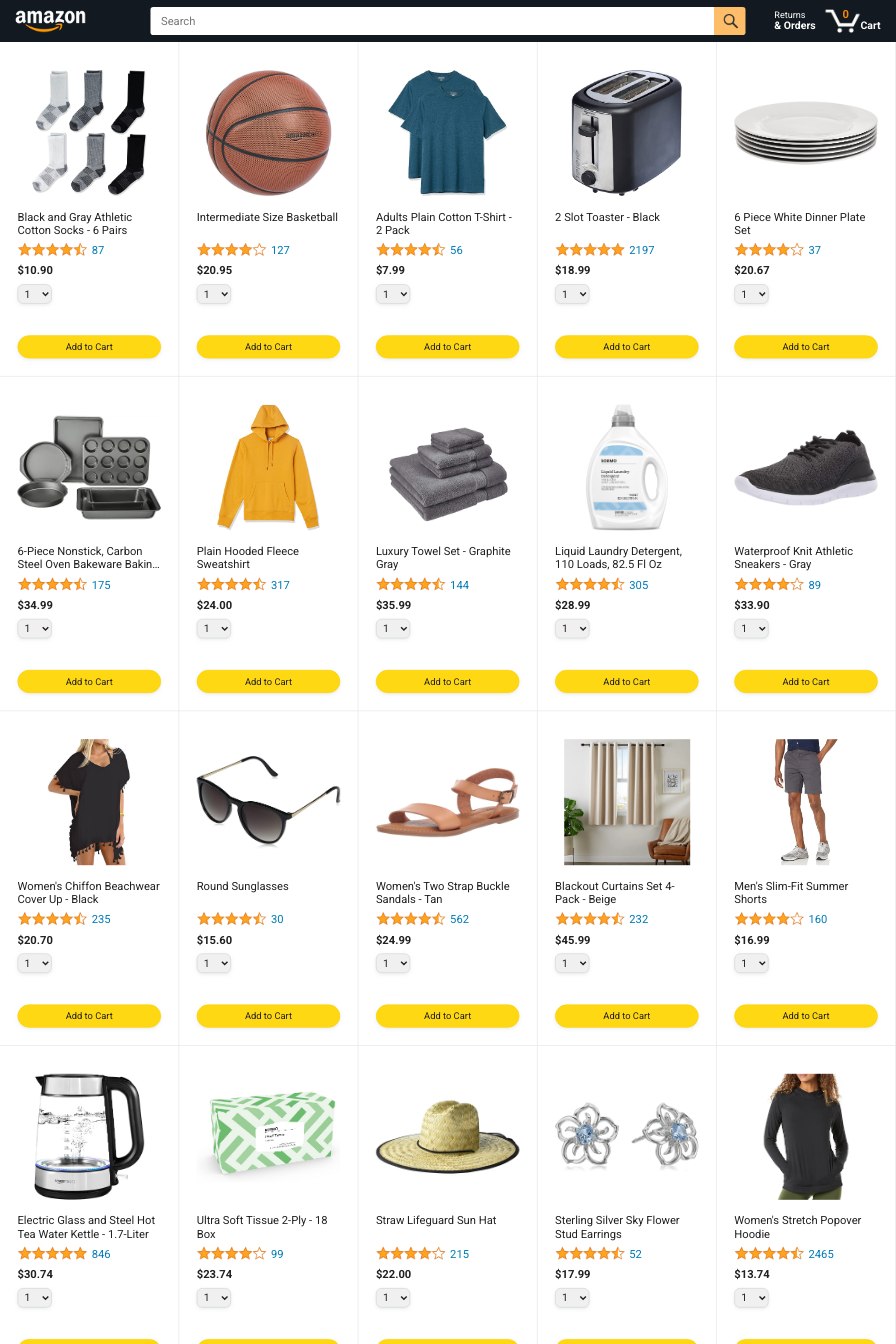
Repository: Gaurav124937/javascript
Page: javascript-amazon-project/html/amazon.html
An editor plug-in stored every save of this project. The page is shown before and after a run of saves, followed by the edit.
The browser window is 1280 px wide. The pictures show the part of the page from y = 0 to 1920 px (the page is 4362 px tall before and 4524 px after), at 70% of full size.

Above is the page before, as saved 2026-04-14 21:39:35.

### javascript-amazon-project/html/amazon.html
<!DOCTYPE html>
<html>
  <head>
    <title>Amazon Project</title>

    <!-- This code is needed for responsive design to work.
      (Responsive design = make the website look good on
      smaller screen sizes like a phone or a tablet). -->
    <meta name="viewport" content="width=device-width, initial-scale=1">

    <!-- Load a font called Roboto from Google Fonts. -->
    <link rel="preconnect" href="https://fonts.googleapis.com">
    <link rel="preconnect" href="https://fonts.gstatic.com" crossorigin>
    <link href="https://fonts.googleapis.com/css2?family=Roboto:wght@400;500;700&display=swap" rel="stylesheet">

    <!-- Here are the CSS files for this page. -->
    <link rel="stylesheet" href="../styles/shared/general.css">
    <link rel="stylesheet" href="../styles/shared/amazon-header.css">
    <link rel="stylesheet" href="../styles/pages/amazon.css">
  </head>
  <body>
    <div class="amazon-header">
      <div class="amazon-header-left-section">
        <a href="amazon.html" class="header-link">
          <img class="amazon-logo"
            src="../images/amazon-logo-white.png">
          <img class="amazon-mobile-logo"
            src="../images/amazon-mobile-logo-white.png">
        </a>
      </div>

      <div class="amazon-header-middle-section">
        <input class="search-bar" type="text" placeholder="Search">

        <button class="search-button">
          <img class="search-icon" src="../images/icons/search-icon.png">
        </button>
      </div>

      <div class="amazon-header-right-section">
        <a class="orders-link header-link" href="orders.html">
          <span class="returns-text">Returns</span>
          <span class="orders-text">& Orders</span>
        </a>

        <a class="cart-link header-link" href="checkout.html">
          <img class="cart-icon" src="../images/icons/cart-icon.png">
          <div class="cart-quantity js-cart-quantity">0</div>
          <div class="cart-text">Cart</div>
        </a>
      </div>
    </div>

    <div class="main">
      <div class="products-grid js-products-grid">
      </div>
    </div>
    <script src="../data/cart.js"></script>
    <script src="../data/products.js"></script>
    <script src="../js/amazon.js"></script>
  </body>
</html>

### javascript-amazon-project/styles/shared/general.css
body {
  font-family: Roboto, Arial;
  color: rgb(33, 33, 33);
  /* The <body> element has a default margin of 8px
     on all sides. This removes the default margins. */
  margin: 0;
}

/* <p> elements have a default margin on the top
   and bottom. This removes the default margins. */
p {
  margin: 0;
}

button {
  cursor: pointer;
}

select {
  cursor: pointer;
}

input, select, button {
  font-family: Roboto, Arial;
}

.button-primary {
  color: rgb(33, 33, 33);
  background-color: rgb(255, 216, 20);
  border: 1px solid rgb(252, 210, 0);
  border-radius: 8px;
  cursor: pointer;
  box-shadow: 0 2px 5px rgba(213, 217, 217, 0.5);
}

.button-primary:hover {
  background-color: rgb(247, 202, 0);
  border: 1px solid rgb(242, 194, 0);
}

.button-primary:active {
  background: rgb(255, 216, 20);
  border-color: rgb(252, 210, 0);
  box-shadow: none;
}

.button-secondary {
  color: rgb(33, 33, 33);
  background: white;
  border: 1px solid rgb(213, 217, 217);
  border-radius: 8px;
  cursor: pointer;
  box-shadow: 0 2px 5px rgba(213, 217, 217, 0.5);
}

.button-secondary:hover {
  background-color: rgb(247, 250, 250);
}

.button-secondary:active {
  background-color: rgb(237, 253, 255);
  box-shadow: none;
}

/* These styles will limit text to 2 lines. Anything
   beyond 2 lines will be replaced with "..."
   You can find this code by using an A.I. tool or by
   searching in Google.
   https://css-tricks.com/almanac/properties/l/line-clamp/ */
.limit-text-to-2-lines {
  display: -webkit-box;
  -webkit-line-clamp: 2;
  -webkit-box-orient: vertical;
  overflow: hidden;
}

.link-primary {
  color: rgb(1, 124, 182);
  cursor: pointer;
}

.link-primary:hover {
  color: rgb(196, 80, 0);
}

/* Styles for dropdown selectors. */
select {
  color: rgb(33, 33, 33);
  background-color: rgb(240, 240, 240);
  border: 1px solid rgb(213, 217, 217);
  border-radius: 8px;
  padding: 3px 5px;
  font-size: 15px;
  cursor: pointer;
  box-shadow: 0 2px 5px rgba(213, 217, 217, 0.5);
}

select:focus,
input:focus {
  outline: 2px solid rgb(255, 153, 0);
}

### javascript-amazon-project/styles/shared/amazon-header.css
.amazon-header {
  background-color: rgb(19, 25, 33);
  color: white;
  padding-left: 15px;
  padding-right: 15px;

  display: flex;
  align-items: center;
  justify-content: space-between;

  position: fixed;
  top: 0;
  left: 0;
  right: 0;
  height: 60px;
}

.amazon-header-left-section {
  width: 180px;
}

@media (max-width: 800px) {
  .amazon-header-left-section {
    width: unset;
  }
}

.header-link {
  display: inline-block;
  padding: 6px;
  border-radius: 2px;
  cursor: pointer;
  text-decoration: none;
  border: 1px solid rgba(0, 0, 0, 0);
}

.header-link:hover {
  border: 1px solid white;
}

.amazon-logo {
  width: 100px;
  margin-top: 5px;
}

.amazon-mobile-logo {
  display: none;
}

@media (max-width: 575px) {
  .amazon-logo {
    display: none;
  }

  .amazon-mobile-logo {
    display: block;
    height: 35px;
    margin-top: 5px;
  }
}

.amazon-header-middle-section {
  flex: 1;
  max-width: 850px;
  margin-left: 10px;
  margin-right: 10px;
  display: flex;
}

.search-bar {
  flex: 1;
  width: 0;
  font-size: 16px;
  height: 38px;
  padding-left: 15px;
  border: none;
  border-top-left-radius: 4px;
  border-bottom-left-radius: 4px;
  border-top-right-radius: 0;
  border-bottom-right-radius: 0;
}

.search-button {
  background-color: rgb(254, 189, 105);
  border: none;
  width: 45px;
  height: 40px;
  border-top-right-radius: 4px;
  border-bottom-right-radius: 4px;
  flex-shrink: 0;
}

.search-icon {
  height: 22px;
  margin-left: 2px;
  margin-top: 3px;
}

.amazon-header-right-section {
  width: 180px;
  flex-shrink: 0;
  display: flex;
  justify-content: end;
}

.orders-link {
  color: white;
}

.returns-text {
  display: block;
  font-size: 13px;
}

.orders-text {
  display: block;
  font-size: 15px;
  font-weight: 700;
}

.cart-link {
  color: white;
  display: flex;
  align-items: center;
  position: relative;
}

.cart-icon {
  width: 50px;
}

.cart-text {
  margin-top: 12px;
  font-size: 15px;
  font-weight: 700;
}

.cart-quantity {
  color: rgb(240, 136, 4);
  font-size: 16px;
  font-weight: 700;

  position: absolute;
  top: 4px;
  left: 22px;

  width: 26px;
  text-align: center;
}

### javascript-amazon-project/styles/pages/amazon.css
.main {
  margin-top: 60px;
}

.products-grid {
  display: grid;

  /* - In CSS Grid, 1fr means a column will take up the
       remaining space in the grid.
     - If we write 1fr 1fr ... 1fr; 8 times, this will
       divide the grid into 8 columns, each taking up an
       equal amount of the space.
     - repeat(8, 1fr); is a shortcut for repeating "1fr"
       8 times (instead of typing out "1fr" 8 times).
       repeat(...) is a special property that works with
       display: grid; */
  grid-template-columns: repeat(8, 1fr);
}

/* @media is used to create responsive design (making the
   website look good on any screen size). This @media
   means when the screen width is 2000px or less, we
   will divide the grid into 7 columns instead of 8. */
@media (max-width: 2000px) {
  .products-grid {
    grid-template-columns: repeat(7, 1fr);
  }
}

/* This @media means when the screen width is 1600px or
   less, we will divide the grid into 6 columns. */
@media (max-width: 1600px) {
  .products-grid {
    grid-template-columns: repeat(6, 1fr);
  }
}

@media (max-width: 1300px) {
  .products-grid {
    grid-template-columns: repeat(5, 1fr);
  }
}

@media (max-width: 1000px) {
  .products-grid {
    grid-template-columns: repeat(4, 1fr);
  }
}

@media (max-width: 800px) {
  .products-grid {
    grid-template-columns: repeat(3, 1fr);
  }
}

@media (max-width: 575px) {
  .products-grid {
    grid-template-columns: repeat(2, 1fr);
  }
}

@media (max-width: 450px) {
  .products-grid {
    grid-template-columns: 1fr;
  }
}

.product-container {
  padding-top: 40px;
  padding-bottom: 25px;
  padding-left: 25px;
  padding-right: 25px;

  border-right: 1px solid rgb(231, 231, 231);
  border-bottom: 1px solid rgb(231, 231, 231);

  display: flex;
  flex-direction: column;
}

.product-image-container {
  display: flex;
  justify-content: center;
  align-items: center;

  height: 180px;
  margin-bottom: 20px;
}

.product-image {
  /* Images will overflow their container by default. To
    prevent this, we set max-width and max-height to 100%
    so they stay inside their container. */
  max-width: 100%;
  max-height: 100%;
}

.product-name {
  height: 40px;
  margin-bottom: 5px;
}

.product-rating-container {
  display: flex;
  align-items: center;
  margin-bottom: 10px;
}

.product-rating-stars {
  width: 100px;
  margin-right: 6px;
}

.product-rating-count {
  color: rgb(1, 124, 182);
  cursor: pointer;
  margin-top: 3px;
}

.product-price {
  font-weight: 700;
  margin-bottom: 10px;
}

.product-quantity-container {
  margin-bottom: 17px;
}

.product-spacer {
  flex: 1;
}

.added-to-cart {
  color: rgb(6, 125, 98);
  font-size: 16px;

  display: flex;
  align-items: center;
  margin-bottom: 8px;

  /* At first, the "Added to cart" message will
     be invisible. Use JavaScript to change the
     opacity and make it visible. */
  opacity: 0;
}

.added-to-cart img {
  height: 20px;
  margin-right: 5px;
}

.add-to-cart-button {
  width: 100%;
  padding: 8px;
  border-radius: 50px;
}

### javascript-amazon-project/js/amazon.js
let productsHTML = '';
products.forEach((product) => {
     productsHTML += `
        <div class="product-container">
          <div class="product-image-container">
            <img class="product-image"
              src="${product.image}">
          </div>

          <div class="product-name limit-text-to-2-lines">
            ${product.name}
          </div>

          <div class="product-rating-container">
            <img class="product-rating-stars"
              src="../images/ratings/rating-${Math.round(product.rating.stars * 10)}.png">
            <div class="product-rating-count link-primary">
              ${product.rating.count}
            </div>
          </div>

          <div class="product-price">
            $${(product.priceCents / 100).toFixed(2)}
          </div>

          <div class="product-quantity-container">
            <select class="product-quantity-selector-${product.id}">
              <option selected value="1">1</option>
              <option value="2">2</option>
              <option value="3">3</option>
              <option value="4">4</option>
              <option value="5">5</option>
              <option value="6">6</option>
              <option value="7">7</option>
              <option value="8">8</option>
              <option value="9">9</option>
              <option value="10">10</option>
            </select>
          </div>

          <div class="product-spacer"></div>

          <div class="added-to-cart added-symbol-${product.id}">
            <img src="../images/icons/checkmark.png">
            Added
          </div>

          <button class="add-to-cart-button button-primary js-add-to-cart" data-product-id="${product.id}">
            Add to Cart
          </button>
        </div>`;

        document.querySelector('.js-products-grid').innerHTML = productsHTML;

        document.querySelectorAll('.js-add-to-cart').forEach((button) => {
          button.addEventListener('click', () => {
            //const productId = button.getAttribute('data-product-id');
            const productId = button.dataset.productId;

            let matchingItem;
            cart.forEach((item) => {
              if(item.productId === productId){
                matchingItem = item;
              }
            });

            //makin selector interactive
            const quantitySelector = document.querySelector(`.product-quantity-selector-${productId}`);
            console.log(quantitySelector);

            const quantity = Number(quantitySelector.value);

            if(matchingItem){
              matchingItem.quantity += quantity;
            } else {
              cart.push({
                productId: productId,
                quantity:quantity
              });
            }



          const addMessage = document.querySelector(`.added-symbol-${productId}`);
          console.log(addMessage);
          addMessage.classList.add('added-to-cart-visible');








          ///makin card quantity visible on page
          let cartQuantity = 0;
          cart.forEach((item) => {
            cartQuantity += item.quantity;
          });
          document.querySelector('.js-cart-quantity').innerHTML = cartQuantity;
          });


        });
});

Loaded but not shown: javascript-amazon-project/data/cart.js (common file); javascript-amazon-project/data/products.js (660 lines, source omitted)

After the next 4 saves:
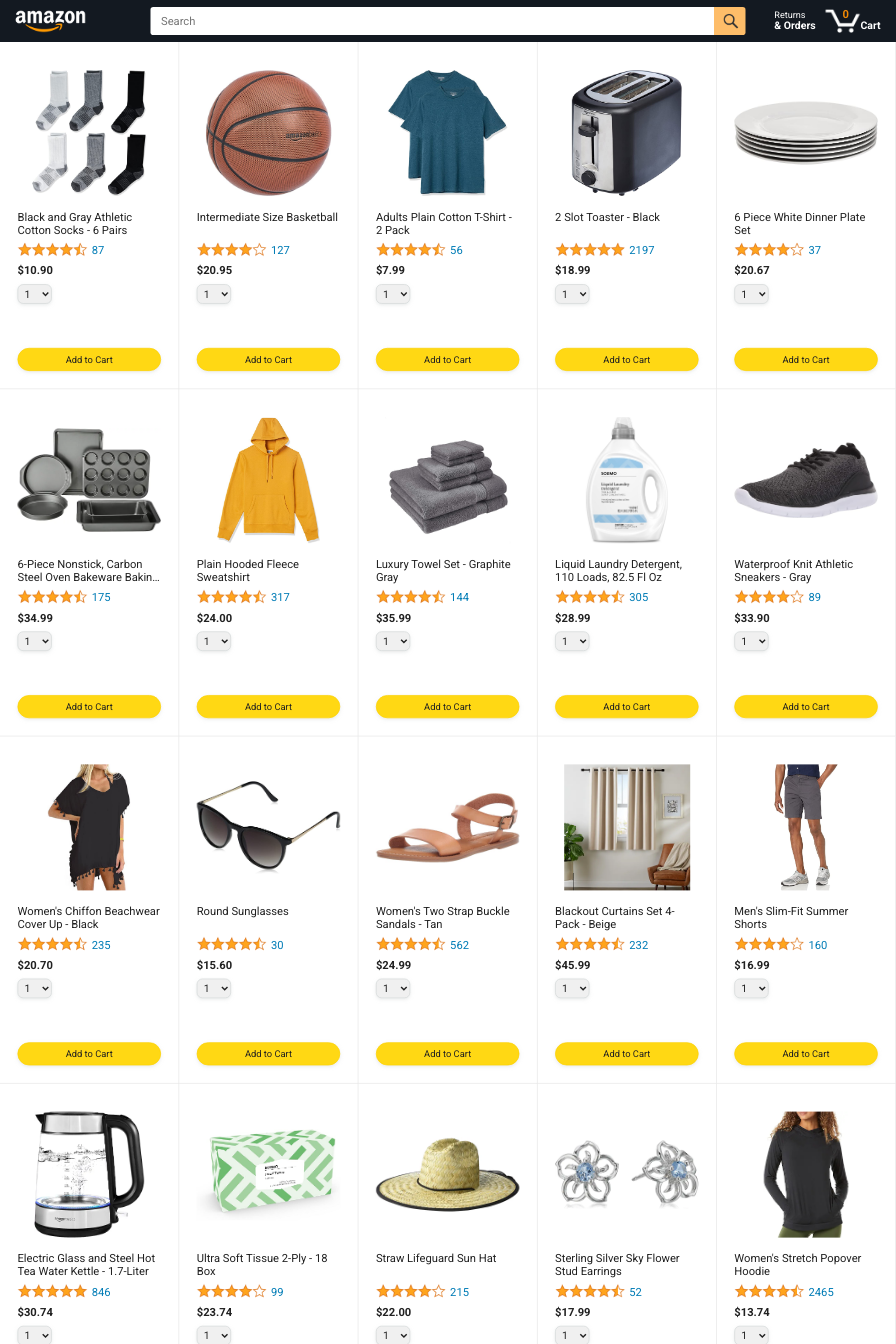
The 4 saves are shown as one change because they came seconds apart.
The last was saved 16 s later.
--- a/javascript-amazon-project/styles/pages/amazon.css
+++ b/javascript-amazon-project/styles/pages/amazon.css
@@ -143,6 +143,7 @@
      opacity and make it visible. */
   opacity: 0;
 }
+.added
 
 .added-to-cart img {
   height: 20px;

After the 3 saves that followed:
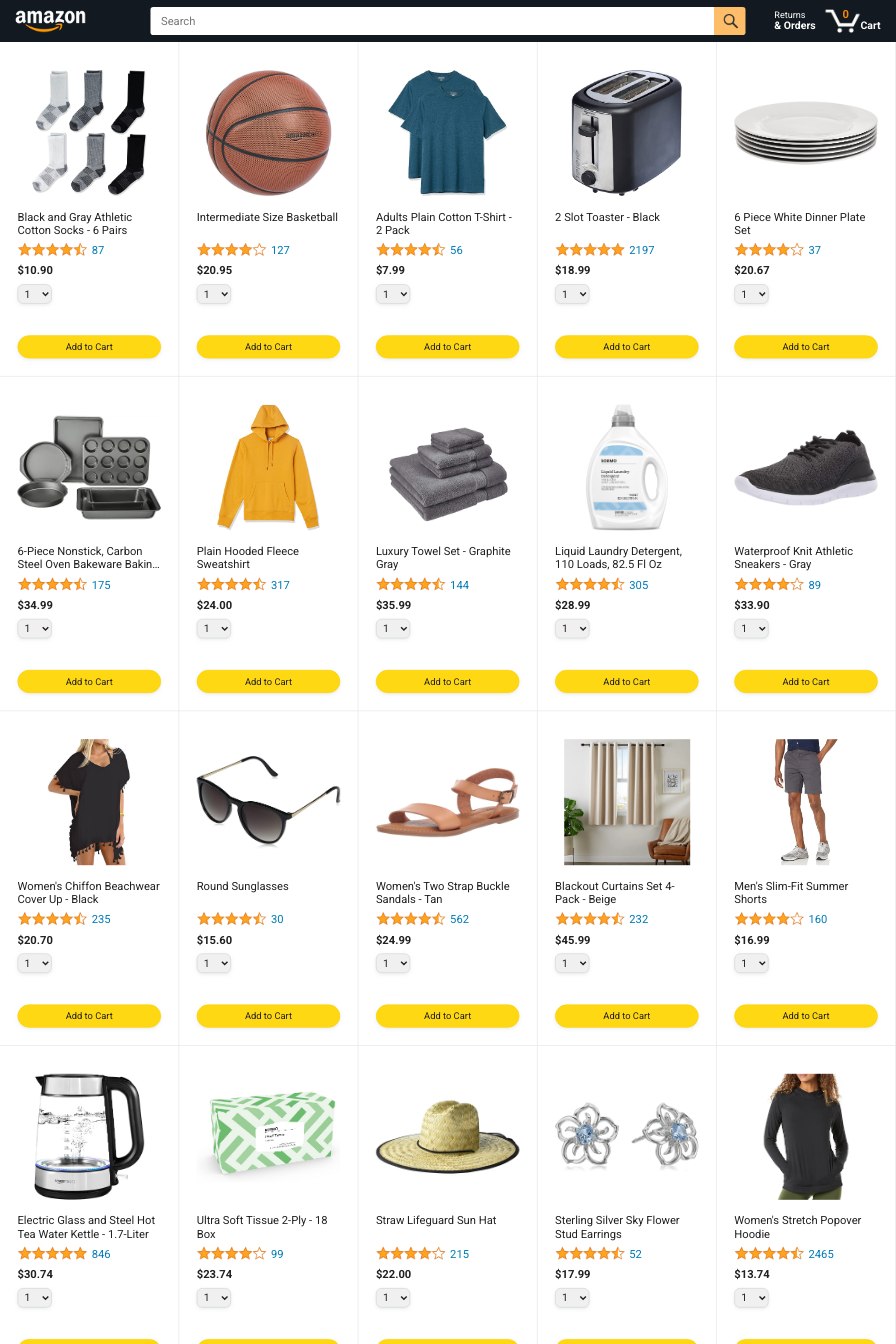
The 3 saves are shown as one change because 1 left the picture as it was and some came seconds apart.
The last was saved 21 s later.
--- a/javascript-amazon-project/styles/pages/amazon.css
+++ b/javascript-amazon-project/styles/pages/amazon.css
@@ -143,7 +143,9 @@
      opacity and make it visible. */
   opacity: 0;
 }
-.added
+.added-to-cart-visible{
+
+}
 
 .added-to-cart img {
   height: 20px;
